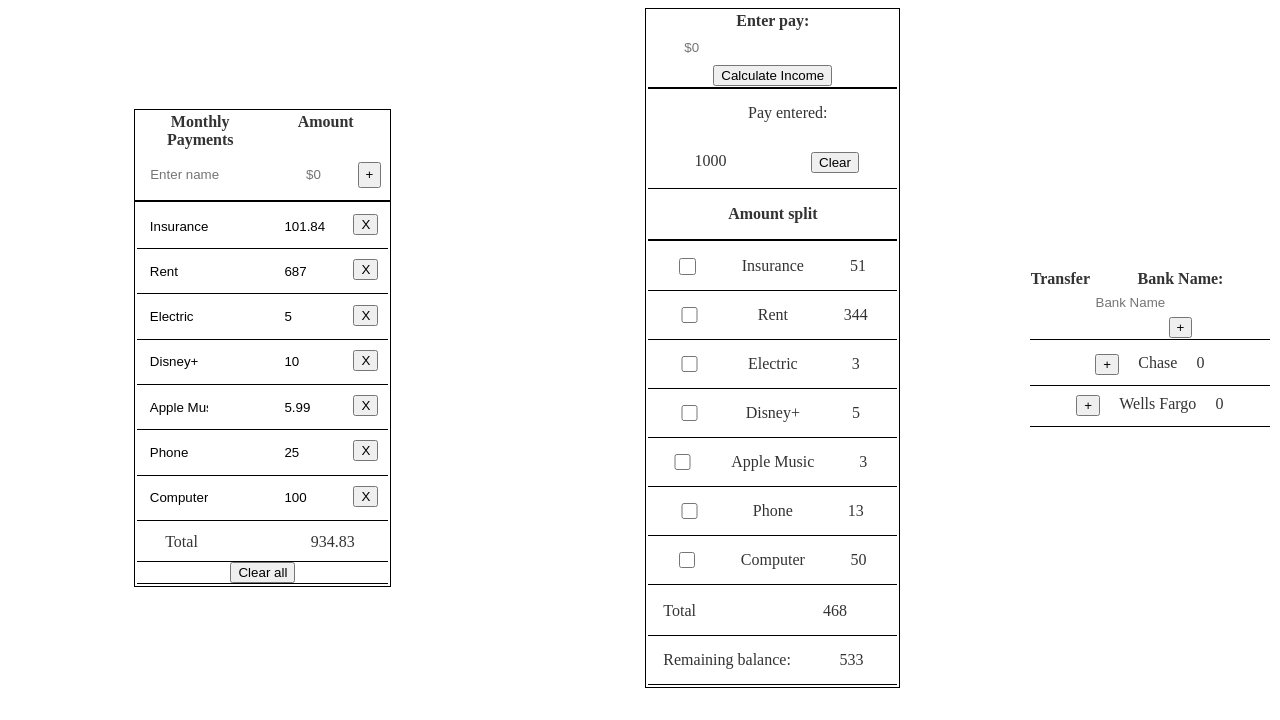
Repository: Kayla-amr/final-project-vue
Page: /
The author's editor kept a copy of each file at every save. The page is drawn from the files as they stood at one save, then again after a run of saves.
The browser window is 1280 px wide. The pictures show the whole page.
The project was rebuilt for these pictures with package versions that can differ from the ones it lists, and the page was loaded fresh each time. Also part of the build but not shown: vite.config.js.

Above is the page before, as saved 2023-04-11 17:36:14.

After the next 5 saves:
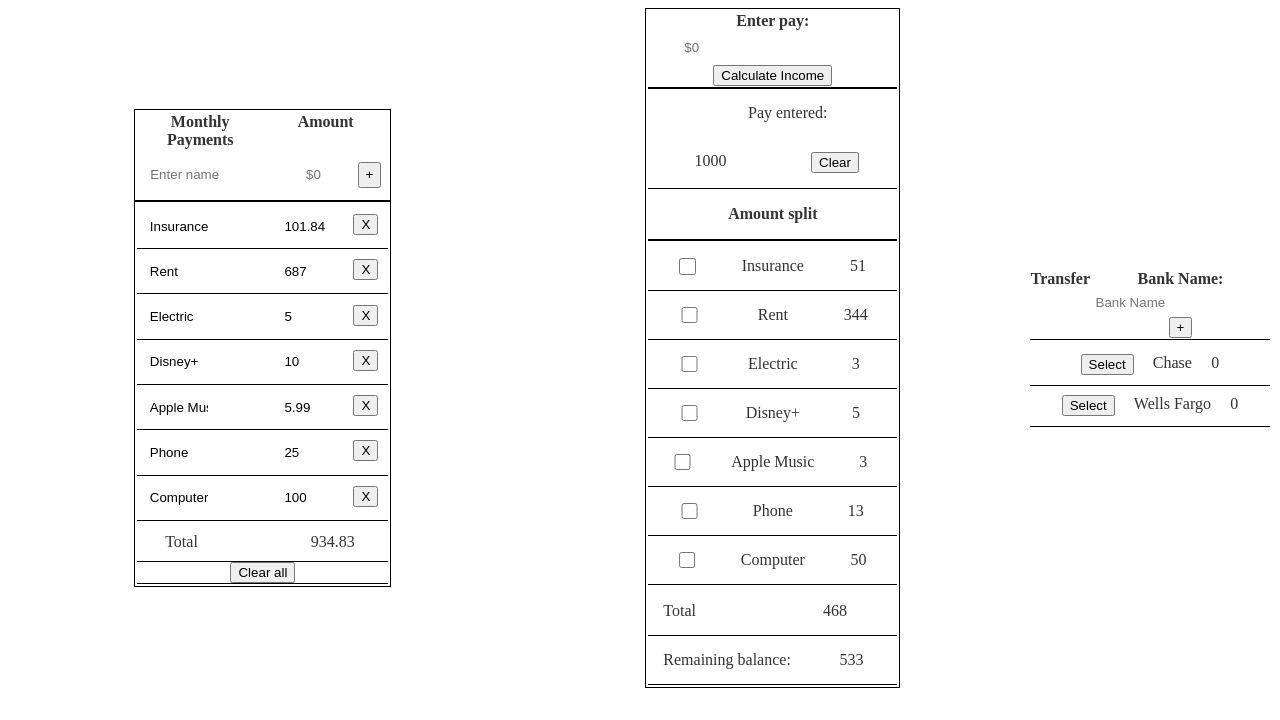
The 5 saves are shown as one change because they came seconds apart.
The last was saved 20 s later.
--- a/src/components/BankTransfer.vue
+++ b/src/components/BankTransfer.vue
@@ -23,7 +23,7 @@
 
                 <tr v-for="bank in banks" :key="bank.id" @click="selectBank(bank)">
                     <td>
-                        <button @click="bank.amount = bank.amount + 1">+</button>
+                        <button @click="selectBank(bank)">Select</button>
 
                     </td>
                     <td>{{ bank.name }}</td>
